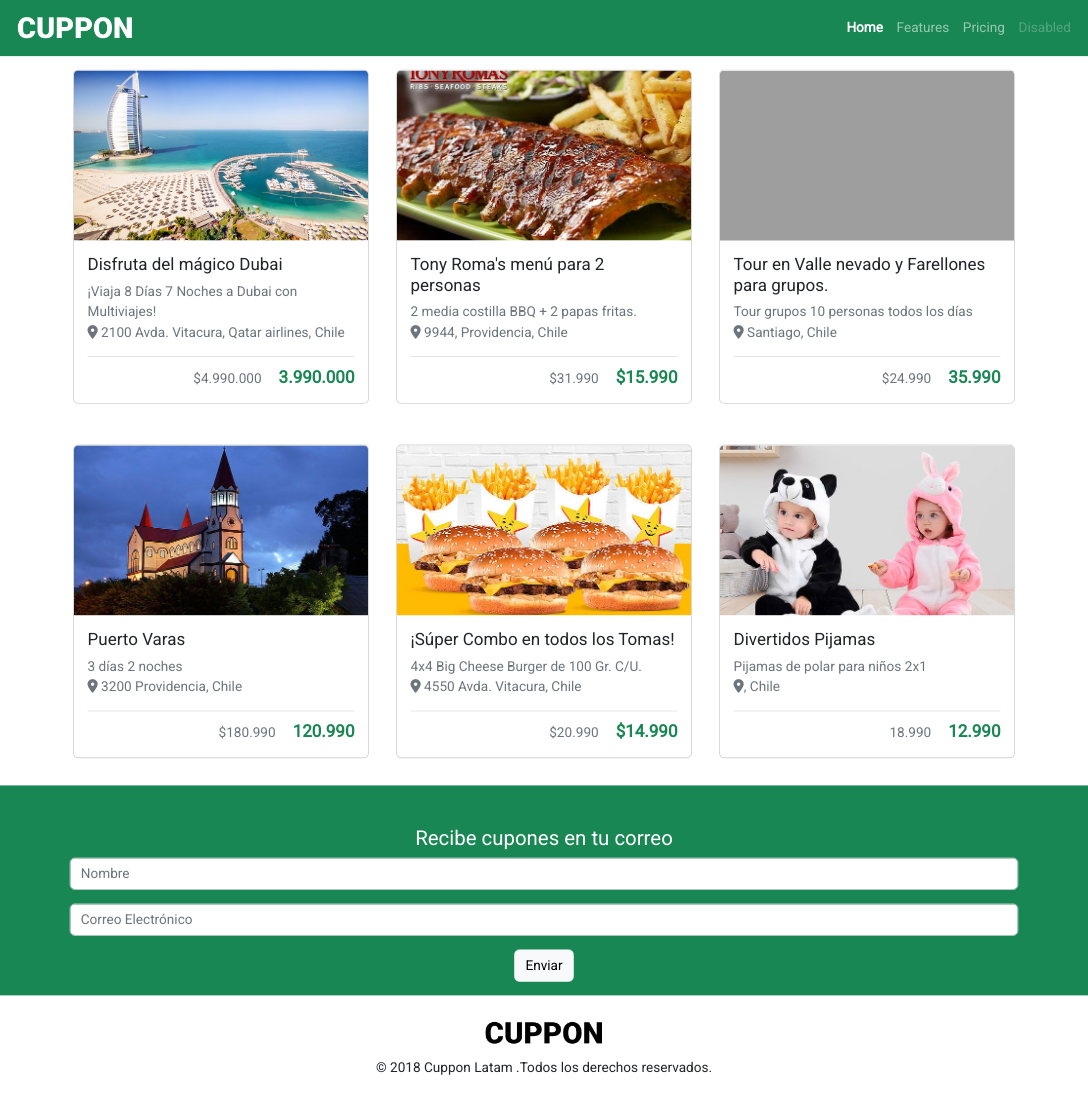
Repository: Yasna2112/Portafolio_CUPPON
Page: index.html
The author's editor kept a copy of each file at every save. The page is drawn from the files as they stood at one save, then again after the next save.
The browser window is 1280 px wide. The pictures show the whole page, at 85% of full size.
Pictures or frames that could not be fetched are drawn as grey boxes. Some web libraries are served in a nearby version.

Above is the page before, as saved 2022-07-25 22:31:52.

### index.html
<!DOCTYPE html>
<html lang="en">

<head>
    <meta charset="UTF-8">
    <meta http-equiv="X-UA-Compatible" content="IE=edge">
    <meta name="viewport" content="width=device-width, initial-scale=1.0">
    <title>Cuppon</title>

    <!-- CSS only -->
    <link href="https://cdn.jsdelivr.net/npm/bootstrap@5.2.0-beta1/dist/css/bootstrap.min.css" rel="stylesheet" integrity="sha384-0evHe/X+R7YkIZDRvuzKMRqM+OrBnVFBL6DOitfPri4tjfHxaWutUpFmBp4vmVor" crossorigin="anonymous">

    <!--Googlefont-->
    <link rel="preconnect" href="https://fonts.googleapis.com">
    <link rel="preconnect" href="https://fonts.gstatic.com" crossorigin>
    <link href="https://fonts.googleapis.com/css2?family=Roboto:wght@300;400&display=swap" rel="stylesheet">

    <!--FontAwesome-->
    <script src="https://kit.fontawesome.com/e018fda59c.js" crossorigin="anonymous"></script>

    <!--custom css-->
    <link rel="stylesheet" href="/assets/css/style.css">

</head>

<body>

  <nav class="navbar navbar-expand-lg navbar-dark bg-success">
    <div class="container-fluid">
      <a class="navbar-brand px-2 logo" href="#"> <img src="assets/img/logo-white.PNG.png" alt="logo"></a>
      <button class="navbar-toggler" type="button" data-bs-toggle="collapse"
      data-bs-target="#navbarNav" aria-controls="navbarNav" aria-expanded="false"
      aria-label="Toggle navigation">
        <span class="navbar-toggler-icon"></span>
      </button>
      <div class="collapse navbar-collapse" id="navbarNav">
        <ul class="navbar-nav ms-auto">
          <li class="nav-item">
            <a class="nav-link active fw-bold " aria-current="page" href="#">Home</a>
          </li>
          <li class="nav-item">
            <a class="nav-link" href="#">Features</a>
          </li>
          <li class="nav-item">
            <a class="nav-link" href="#">Pricing</a>
          </li>
          <li class="nav-item">
            <a class="nav-link disabled">Disabled</a>
          </li>
        </ul>
      </div>
    </div>
  </nav>

  <div class="container">
    <section class="row">

      <div class="col-12 col-sm-4 p-3">
        <div class="card p-0 mb-3">
             <img src="/assets/img/cuppon 1 Dubai.jpg" class="card-img-top"  alt="Viaja a Dubai">
          <div class="card-body">
             <h5 class="card-title">Disfruta del mágico Dubai</h5>
             <p class="card-text text-secondary">¡Viaja 8 Días 7 Noches a Dubai con Multiviajes!<br />
             <i class="fa-solid fa-location-dot"></i> 2100 Avda. Vitacura, Qatar airlines, Chile</p>
          <div class="text-end border-top pt-2 mt-2">
             <span class="text-secondary">$4.990.000 </span>
             <span class="text-success fw-bold precio ms-3">3.990.000  </span>
          </div>
          </div>
        </div>
      </div>


      <div class="col-12 col-sm-4 p-3">
        <div class="card p-0 mb-3">
             <img src="/assets/img/carnitas asadas.jpg" class="card-img-top"  alt="Menú para dos personas">
          <div class="card-body">
             <h5 class="card-title">Tony Roma's menú para 2 personas</h5>
             <p class="card-text text-secondary">2 media costilla BBQ + 2 papas fritas.<br />
             <i class="fa-solid fa-location-dot"></i> 9944, Providencia, Chile </p>
          <div class="text-end border-top pt-2 mt-2">
             <span class="text-secondary">$31.990</span>
             <span class="text-success fw-bold precio ms-3">$15.990  </span>
          </div>
          </div>
        </div>
      </div>


      <div class="col-12 col-sm-4 p-3">
        <div class="card p-0 mb-3">
             <img src="/assets/img/girl-learning-to-snowboard-at-mountain-resort-with-the-ski-lift-in-the-background (1).jpg" class="card-img-top"  alt="Tour Valle Nevado y Farellones">
          <div class="card-body">
             <h5 class="card-title">Tour en Valle nevado y Farellones para grupos.</h5>
             <p class="card-text text-secondary">Tour grupos 10 personas todos los días<br />
             <i class="fa-solid fa-location-dot"></i> Santiago, Chile </p>
          <div class="text-end border-top pt-2 mt-2">
             <span class="text-secondary">$24.990</span>
             <span class="text-success fw-bold precio ms-3">35.990  </span>
          </div>
          </div>
        </div>
      </div>


      <div class="col-12 col-sm-4 p-3">
        <div class="card p-0 mb-3">
             <img src="/assets/img/p varas.jpg" class="card-img-top"  alt="Viaja a Puerto Varas.">
          <div class="card-body">
             <h5 class="card-title">Puerto Varas</h5>
             <p class="card-text text-secondary">3 días 2 noches<br />
             <i class="fa-solid fa-location-dot"></i> 3200 Providencia, Chile </p>
          <div class="text-end border-top pt-2 mt-2">
             <span class="text-secondary">$180.990</span>
             <span class="text-success fw-bold precio ms-3">120.990  </span>
          </div>
          </div>
        </div>
      </div>


      <div class="col-12 col-sm-4 p-3">
        <div class="card p-0 mb-3">
             <img src="/assets/img/hamburguesa.jpg" class="card-img-top"  alt="Combo hamburguesas">
          <div class="card-body">
             <h5 class="card-title">¡Súper Combo en todos los Tomas!</h5>
             <p class="card-text text-secondary">4x4 Big Cheese Burger de 100 Gr. C/U.<br />
             <i class="fa-solid fa-location-dot"></i> 4550 Avda. Vitacura, Chile </p>
          <div class="text-end border-top pt-2 mt-2">
             <span class="text-secondary"> $20.990</span>
             <span class="text-success fw-bold precio ms-3"> $14.990  </span>
          </div>
          </div>
        </div>
      </div>


      <div class="col-12 col-sm-4 p-3">
        <div class="card p-0 mb-3">
             <img src="/assets/img/pijamas niños.jpg" class="card-img-top"  alt="Pijamas">
          <div class="card-body">
             <h5 class="card-title">Divertidos Pijamas</h5>
             <p class="card-text text-secondary">Pijamas de polar para niños 2x1<br />
             <i class="fa-solid fa-location-dot"></i>, Chile </p>
          <div class="text-end border-top pt-2 mt-2">
             <span class="text-secondary">18.990</span>
             <span class="text-success fw-bold precio ms-3">12.990  </span>
          </div>
          </div>
        </div>
      </div>

    </section>
  </div>

    <section class="bg-success pt-5 pb-3 mb-4">
      <form class="container text-center">
        <h4 class="text-white">Recibe cupones en tu correo</h4>
        <div class="mb-3">
          <input type="text" class="form-control" id="nombre" placeholder="Nombre">
        </div>
        <div class="mb-3">
          <input type="text" class="form-control" id="email" placeholder="Correo Electrónico"> </div>
        </div class='mb-3'>
        <button class="btn btn-light">Enviar</button>
        <div>
      </form>
    </section>

    <footer class="text-center pb-4">
      <h3> <img src="./assets/img/logo-black.png" width="140" alt="Logo 2"></h3>
        <p> © 2018 Cuppon Latam .Todos los derechos reservados. </p>
    </footer>

    <!-- JavaScript Bundle with Popper -->
<script src="https://cdn.jsdelivr.net/npm/bootstrap@5.2.0-beta1/dist/js/bootstrap.bundle.min.js" integrity="sha384-pprn3073KE6tl6bjs2QrFaJGz5/SUsLqktiwsUTF55Jfv3qYSDhgCecCxMW52nD2" crossorigin="anonymous"></script>
</body>

</html>

### Assets/css/style.css
body {
    color:#212529;
    font-family:'Roboto', 'sans-serif';
    font-weight: 300px;
    font-size: 16px;
}

h5 {
    font-size: 20px;
}
.navbar img {
   height: 40px;
    }

.precio {
    font-size: 20px;
    font-weight: 400px;
}
.card img {
    height: 200px;
    object-fit: cover;
    object-position: middle;
}

After the next save:
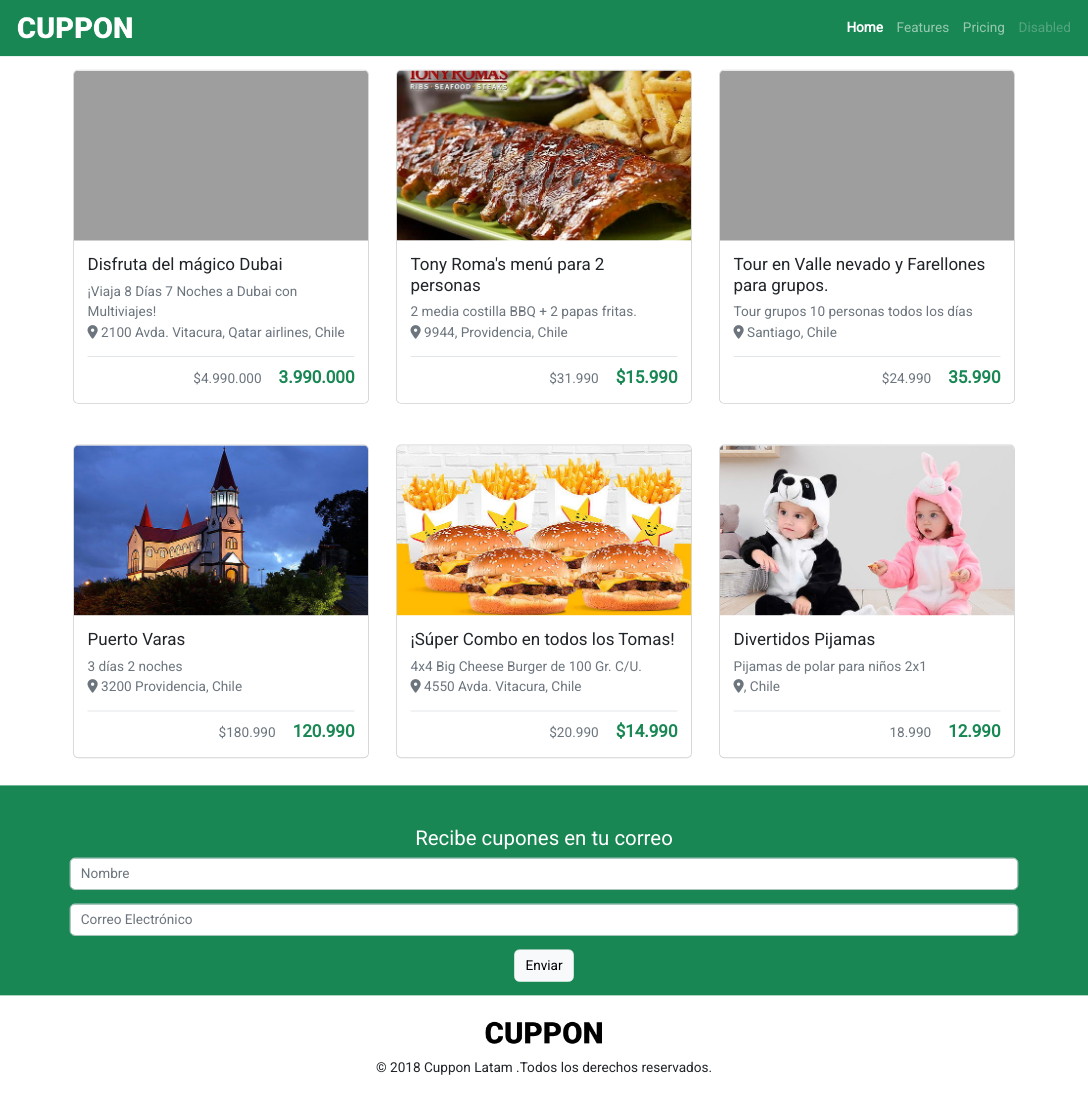
Saved 11 s later.
--- a/index.html
+++ b/index.html
@@ -57,7 +57,7 @@
 
       <div class="col-12 col-sm-4 p-3">
         <div class="card p-0 mb-3">
-             <img src="/assets/img/cuppon 1 Dubai.jpg" class="card-img-top"  alt="Viaja a Dubai">
+             <img src="/assets/img/" class="card-img-top"  alt="Viaja a Dubai">
           <div class="card-body">
              <h5 class="card-title">Disfruta del mágico Dubai</h5>
              <p class="card-text text-secondary">¡Viaja 8 Días 7 Noches a Dubai con Multiviajes!<br />

After the save that followed:
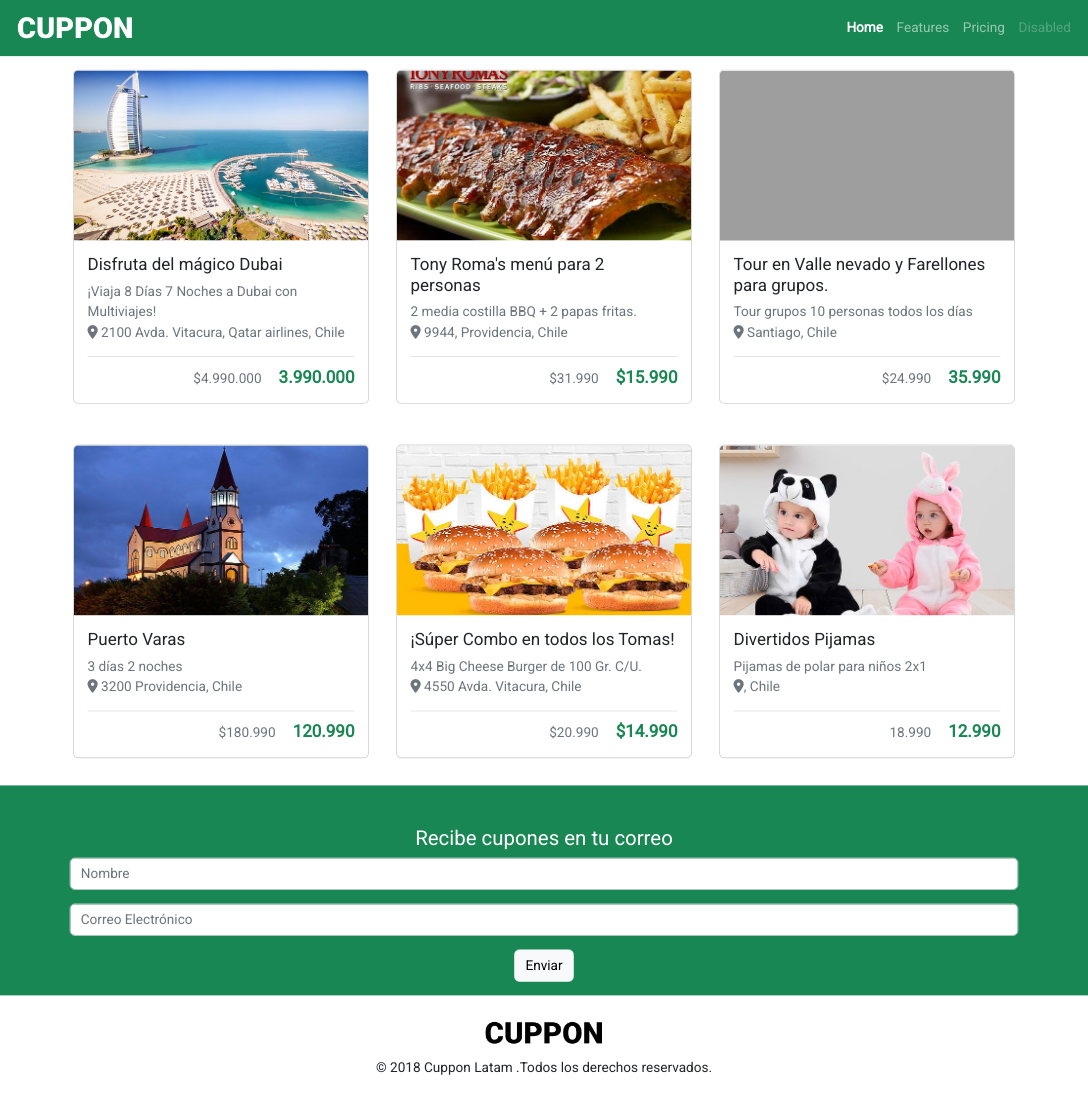
Saved 4 s later.
--- a/index.html
+++ b/index.html
@@ -57,7 +57,7 @@
 
       <div class="col-12 col-sm-4 p-3">
         <div class="card p-0 mb-3">
-             <img src="/assets/img/" class="card-img-top"  alt="Viaja a Dubai">
+             <img src="/assets/img/cuppon 1 Dubai.JPG.jpg" class="card-img-top"  alt="Viaja a Dubai">
           <div class="card-body">
              <h5 class="card-title">Disfruta del mágico Dubai</h5>
              <p class="card-text text-secondary">¡Viaja 8 Días 7 Noches a Dubai con Multiviajes!<br />
